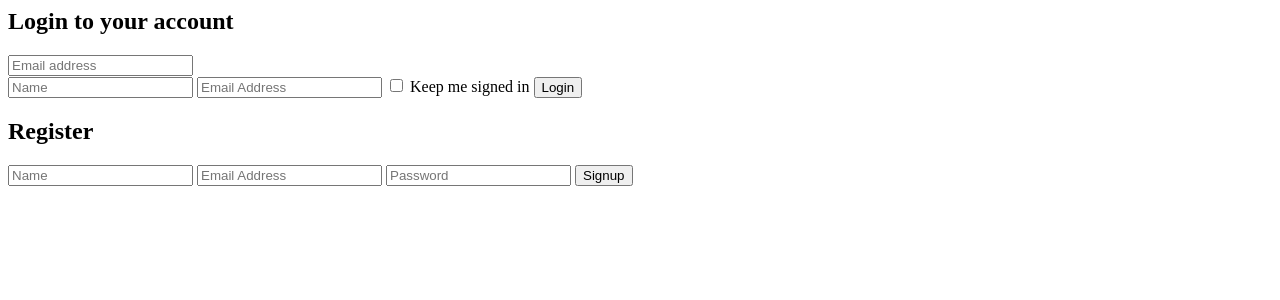
Repository: PaulLabat/RenTech
Page: http://localhost/RenTech/views/login.jsp
An editor plug-in stored every save of this project. The page is shown before and after the next save, followed by the edit.
The browser window is 1280 px wide. The pictures show the whole page.
The page is served by Tomcat 9. Other server files are loaded and not shown.

Above is the page before, as saved 2014-10-29 09:43:58.

### RenTech/WebContent/views/login.jsp
	<section id="form"><!--form-->
		<div class="container">
			<div class="row">
				<div class="col-sm-4 col-sm-offset-1">
					<div class="login-form"><!--login form-->
						<h2>Login to your account</h2>
						<form action="#">
							<div class="input-group margin-bottom-sm">
							  <span class="input-group-addon"><i class="fa fa-envelope-o fa-fw"></i></span>
							  <input class="form-control" type="text" placeholder="Email address">
							</div>
							<input type="text" placeholder="Name" />
							<input type="email" placeholder="Email Address" />
							<span>
								<input type="checkbox" class="checkbox">
								Keep me signed in
							</span>
							<button type="submit" class="btn btn-default">Login</button>
						</form>
					</div><!--/login form-->
				</div>

				<div class="col-sm-4">
					<div class="signup-form"><!--sign up form-->
						<h2>Register</h2>
						<form action="#">
							<input type="text" placeholder="Name"/>
							<input type="email" placeholder="Email Address"/>
							<input type="password" placeholder="Password"/>
							<button type="submit" class="btn btn-default">Signup</button>
						</form>
					</div><!--/sign up form-->
				</div>
			</div>
		</div>
	</section><!--/form-->

After the next save:
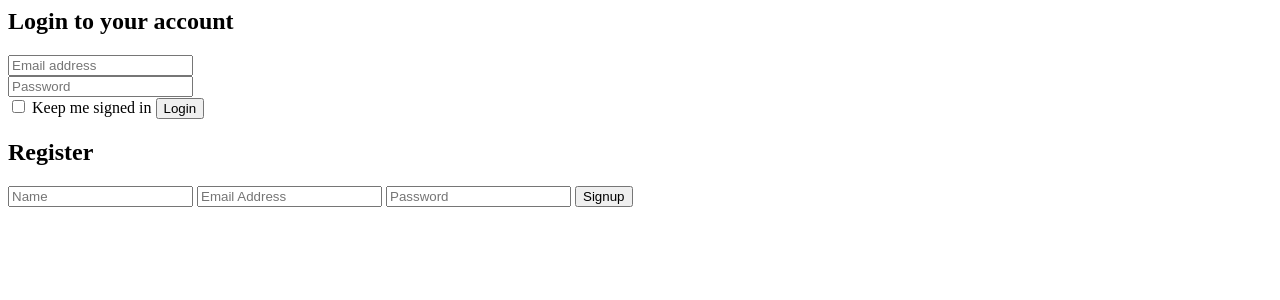
Saved 81 s later.
--- a/RenTech/WebContent/views/login.jsp
+++ b/RenTech/WebContent/views/login.jsp
@@ -9,8 +9,11 @@
 							  <span class="input-group-addon"><i class="fa fa-envelope-o fa-fw"></i></span>
 							  <input class="form-control" type="text" placeholder="Email address">
 							</div>
-							<input type="text" placeholder="Name" />
-							<input type="email" placeholder="Email Address" />
+							<div class="input-group">
+							  <span class="input-group-addon"><i class="fa fa-key fa-fw"></i></span>
+							  <input class="form-control" type="password" placeholder="Password">
+							</div>
+
 							<span>
 								<input type="checkbox" class="checkbox">
 								Keep me signed in
